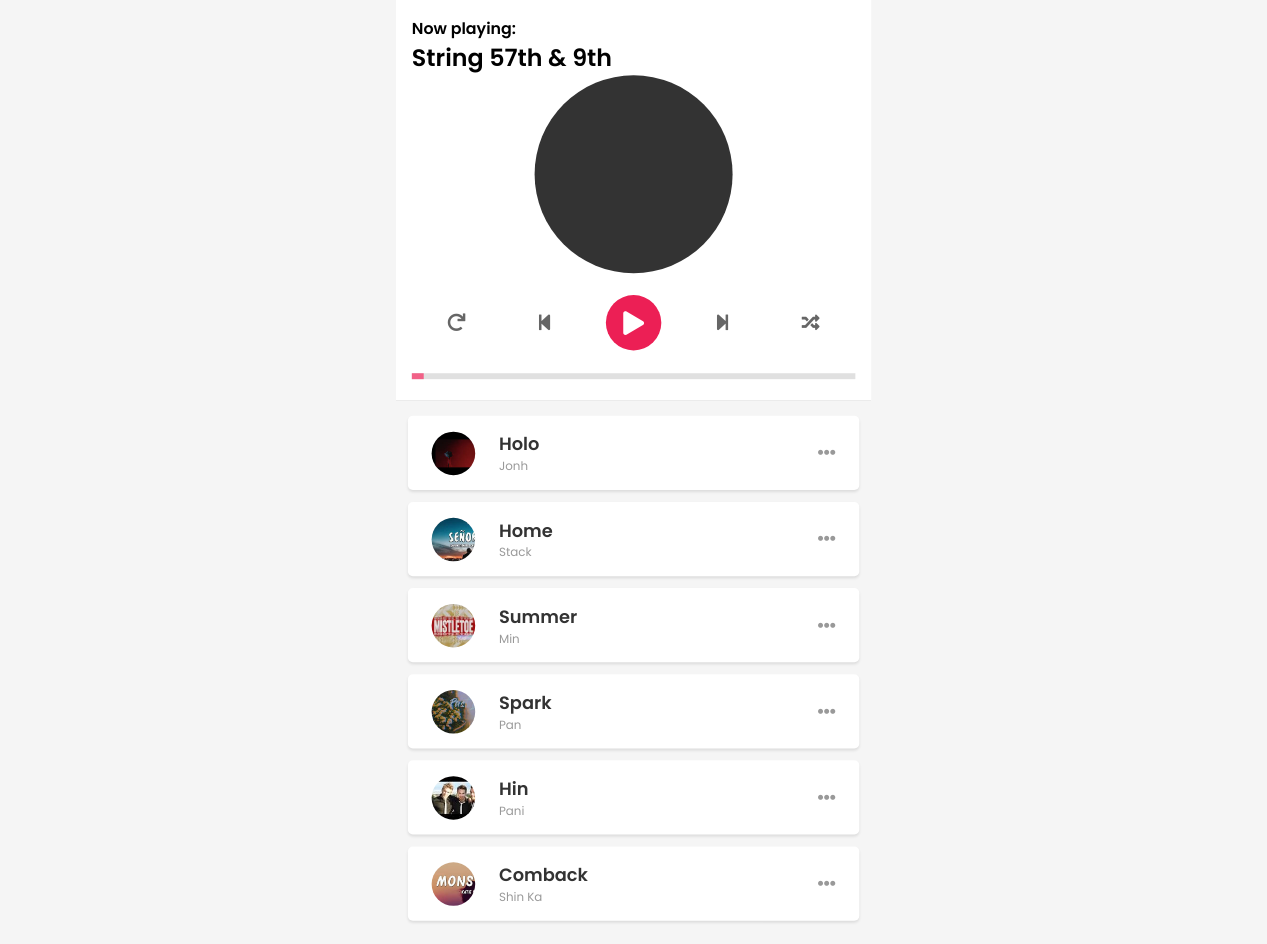
Repository: MinhNhatIT2901/Mp3-clon
Page: index.html
The author's editor kept a copy of each file at every save. The page is drawn from the files as they stood at one save, then again after the next save.
The browser window is 1280 px wide. The pictures show the whole page, at 99% of full size.

Above is the page before, as saved 2022-01-01 18:02:42.

After the next save:
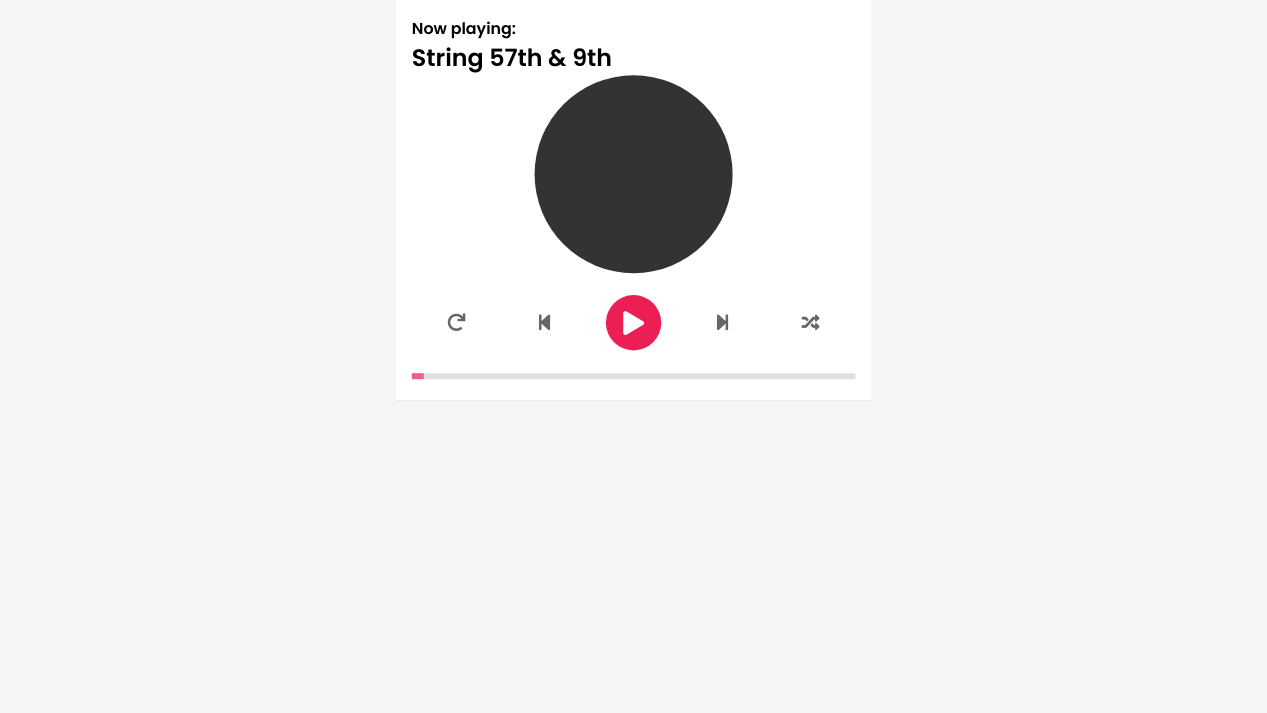
Console error: TypeError: Cannot set properties of null (setting 'textContent')
Saved 11 min 4 s later.
--- a/asset/css/app.js
+++ b/asset/css/app.js
@@ -78,10 +78,26 @@
             cd.style.opacity = newCdWidth / cdWidth;
         }
     },
+    loadCurrentSong: function() {
+        const heading = $('header h2');
+        const cdThumb = $('.cd-thumb');
+        const audio = $('#audio');
+
+        heading.textContent = this.currentSong.name;
+        cdThumb.style.backgroundImage = 'url(`${this.currentSong.image}`)';
+        audio.src = this.currentSong.path;
+    },
     start: function() {
         // Định nghĩa các thuộc tính cho object
         this.defineProperties();
+
+        // Lắng nghe / xử lý các sự kiện (DOM event)
         this.handleEvents();
+
+        // Load thong tin bai hat dau tien vao` UI
+        this.loadCurrentSong();
+
+        // Render playlist
         this.render();
     }
 }

After the 2 saves that followed:
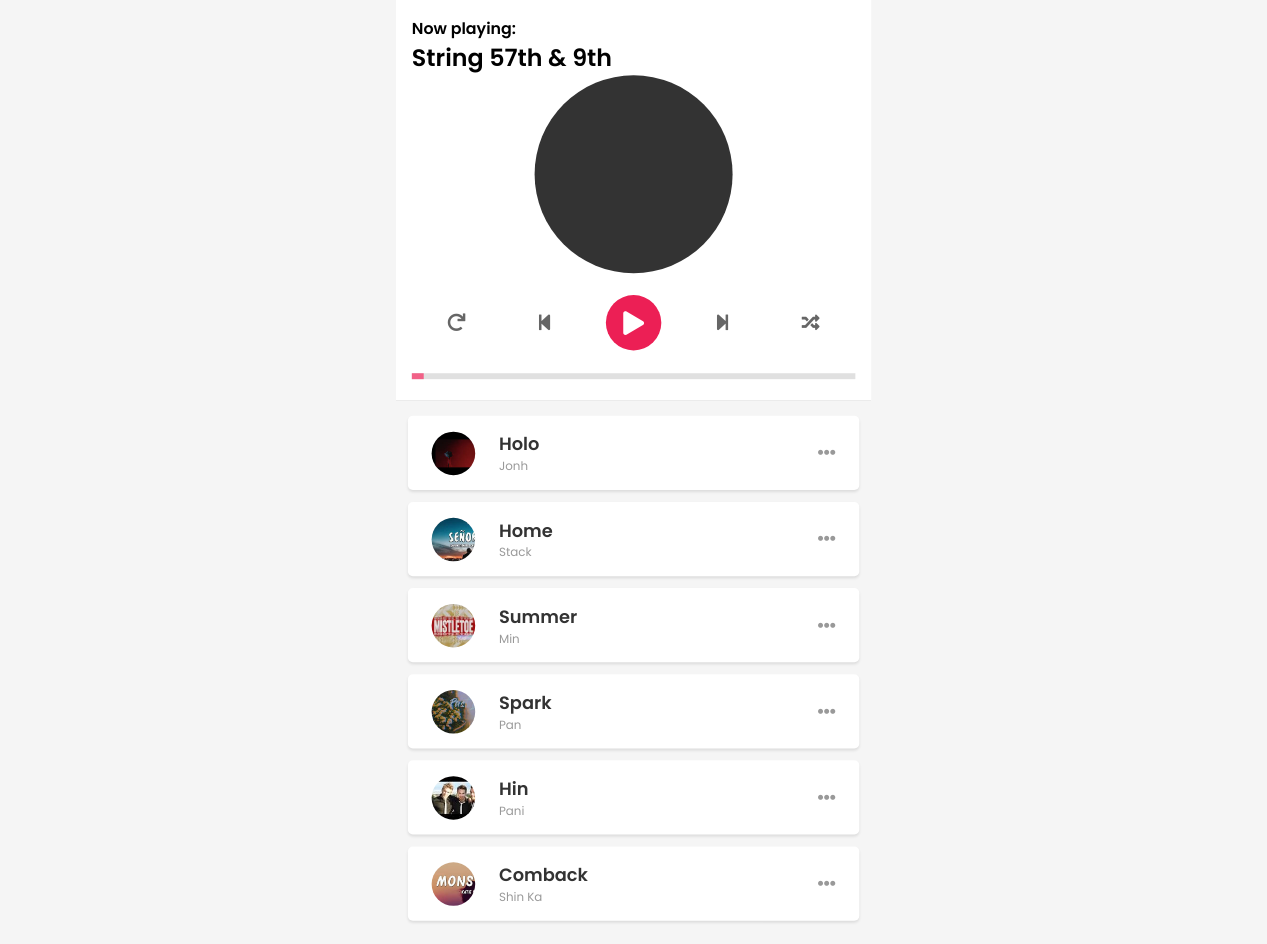
The error is gone.
The 2 saves are shown as one change because 1 left the picture as it was.
The last was saved 4 min 41 s later.
--- a/asset/css/app.js
+++ b/asset/css/app.js
@@ -79,13 +79,13 @@
         }
     },
     loadCurrentSong: function() {
-        const heading = $('header h2');
-        const cdThumb = $('.cd-thumb');
-        const audio = $('#audio');
+        // const heading = $('header h2');
+        // const cdThumb = $('.cd-thumb');
+        // const audio = $('#audio');
 
-        heading.textContent = this.currentSong.name;
-        cdThumb.style.backgroundImage = 'url(`${this.currentSong.image}`)';
-        audio.src = this.currentSong.path;
+        // heading.textContent = this.currentSong.name;
+        // cdThumb.style.backgroundImage = `url('${this.currentSong.image}')`;
+        // audio.src = this.currentSong.path;
     },
     start: function() {
         // Định nghĩa các thuộc tính cho object
